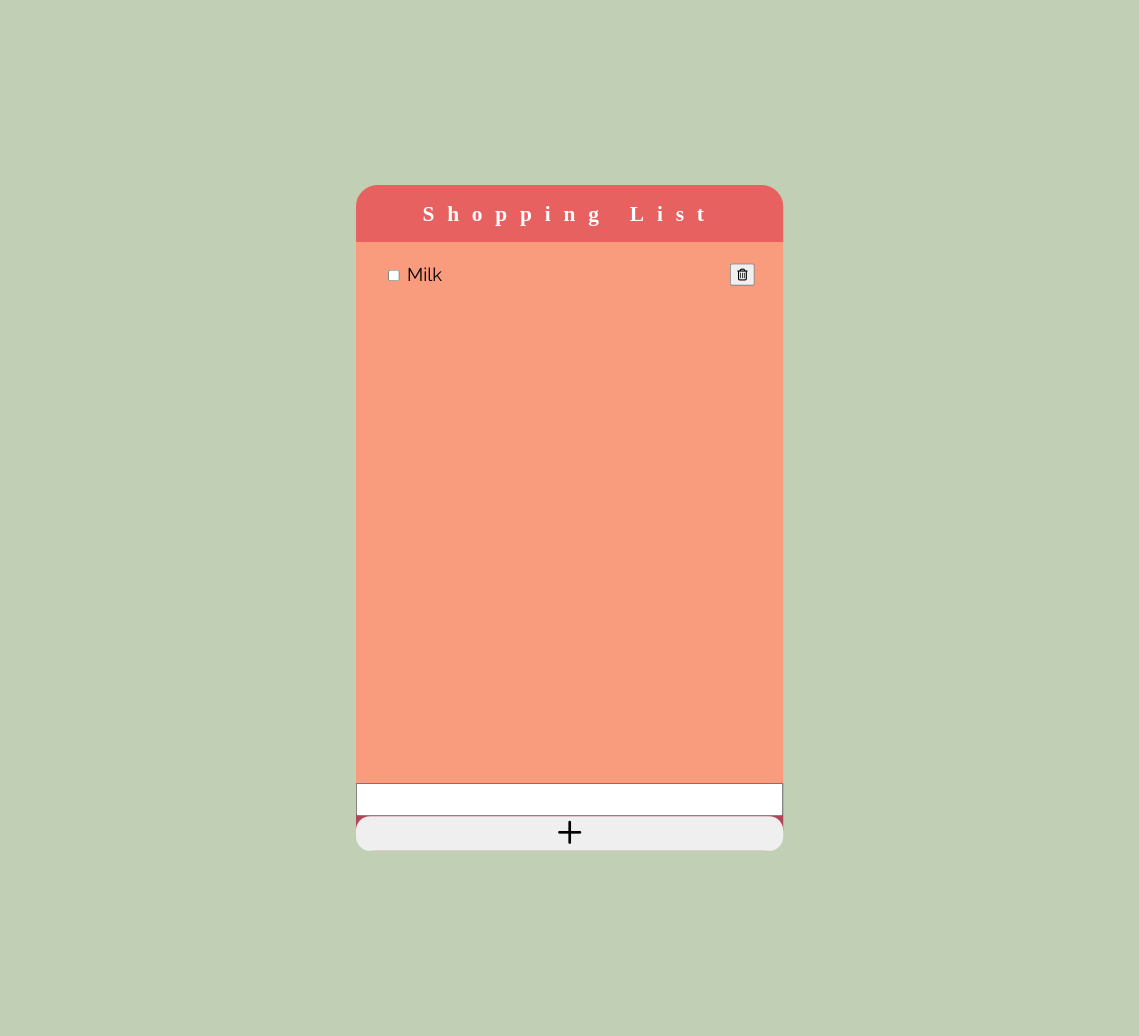
Repository: sephinejo/shopping-list-app
Page: index.html
An editor plug-in stored every save of this project. The page is shown before and after the next save, followed by the edit.
The browser window is 1280 px wide. The pictures show the whole page, at 89% of full size.
Some web fonts or font styles are not loaded; a fallback is used. Some web libraries are served in a nearby version.

Above is the page before, as saved 2023-05-12 11:17:35.

After the next save:
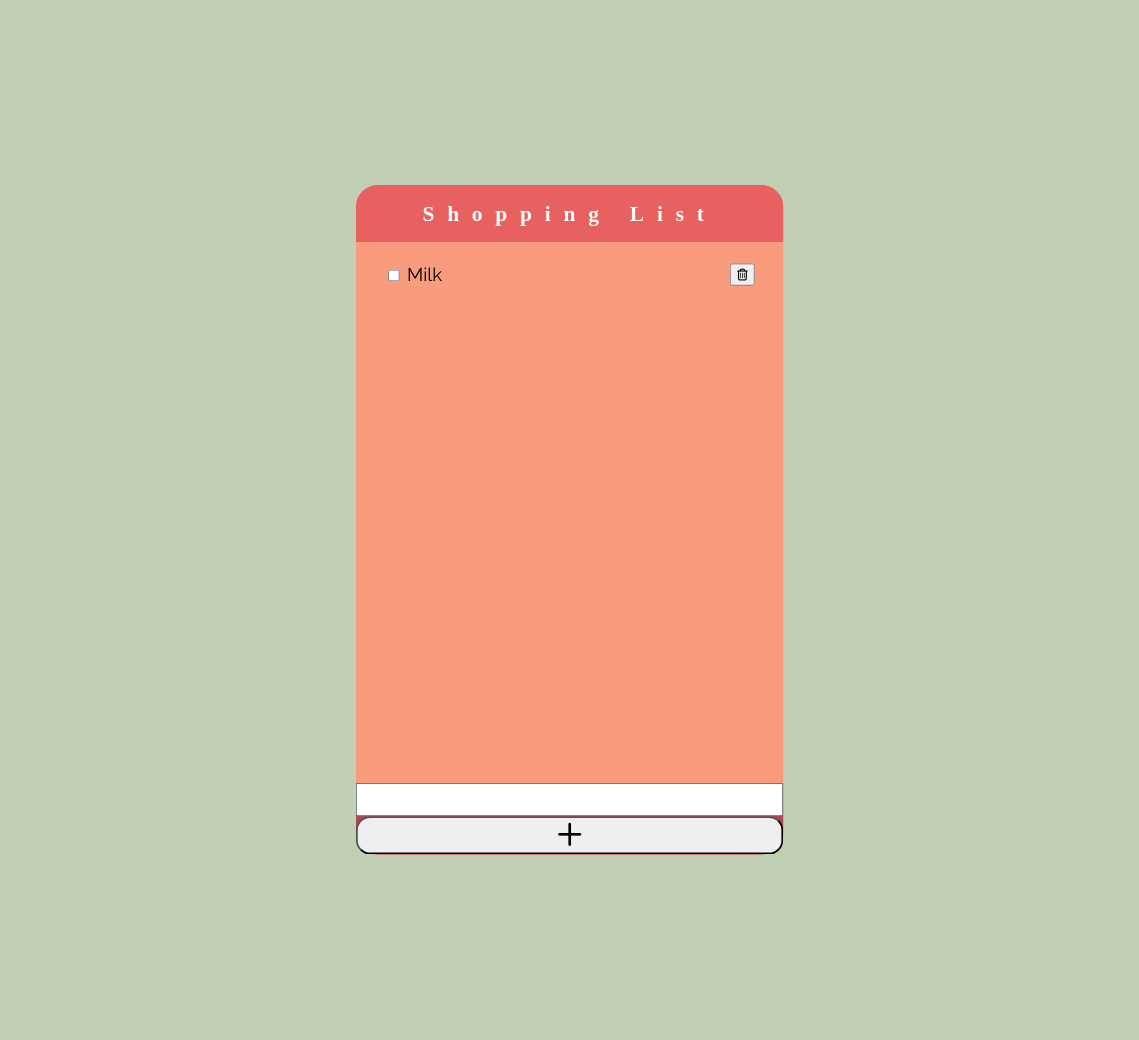
Saved 21 s later.
--- a/style.css
+++ b/style.css
@@ -56,7 +56,7 @@ footer {
 }
 
 .footer__button {
-  border-style: none;
+  /* border-style: none; */
   border-radius: 1rem;
   cursor: pointer;
   font-size: 2rem;

After the save that followed:
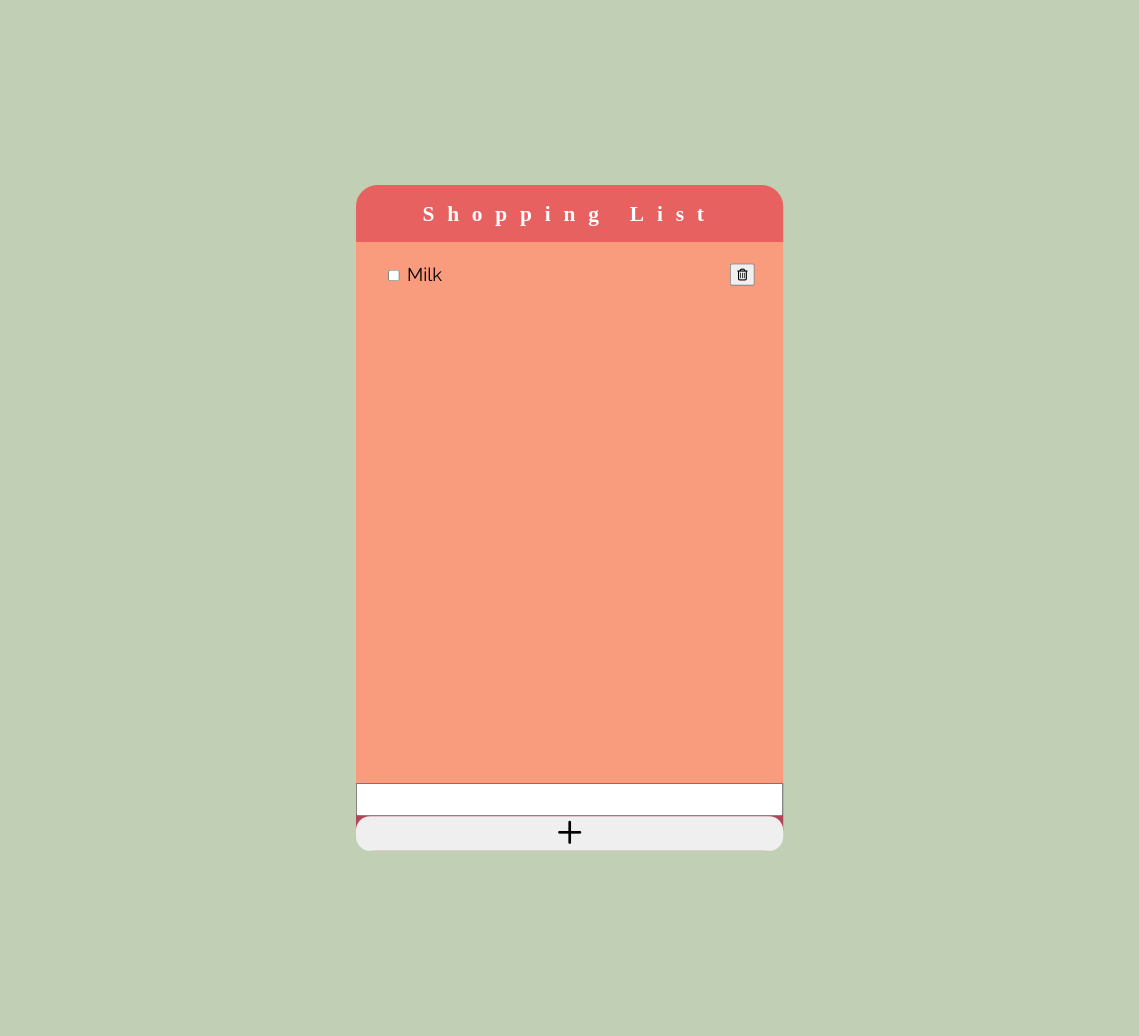
Saved 5 s later.
--- a/style.css
+++ b/style.css
@@ -56,7 +56,7 @@ footer {
 }
 
 .footer__button {
-  /* border-style: none; */
+  border-style: none;
   border-radius: 1rem;
   cursor: pointer;
   font-size: 2rem;
